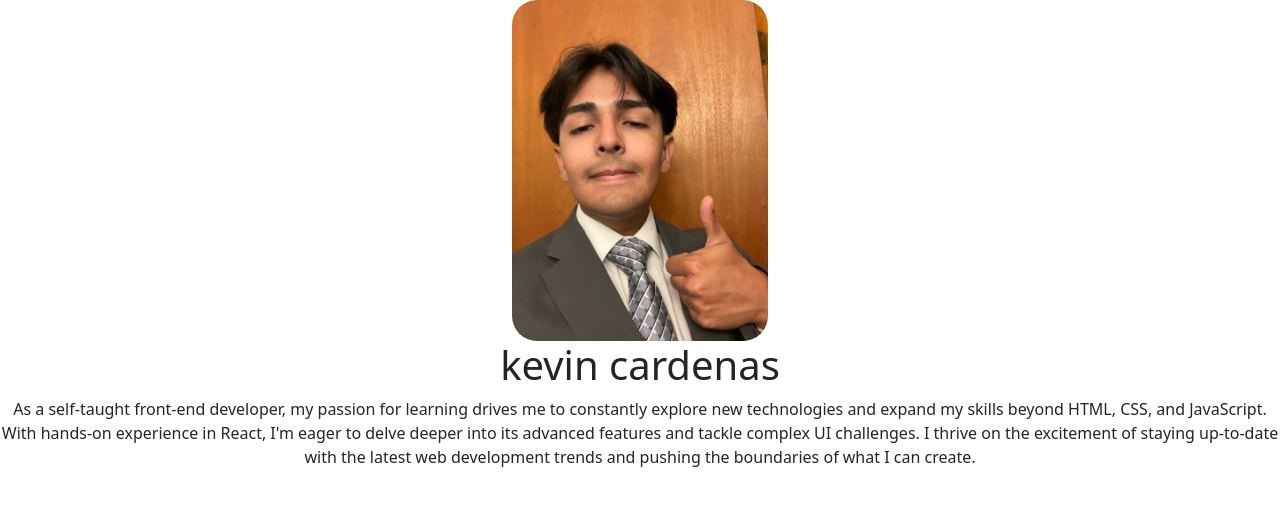
Repository: elqueben/elqueben.github.io
Page: public/index.html
The author's editor kept a copy of each file at every save. The page is drawn from the files as they stood at one save, then again after the next save.
The browser window is 1280 px wide. The pictures show the whole page.

Above is the page before, as saved 2023-06-20 11:44:53.

### public/index.html
<!DOCTYPE html>
<html lang="en">
<head>
  <meta charset="UTF-8">
  <meta name="viewport" content="width=device-width, initial-scale=1.0">
  <link rel="stylesheet" href="https://cdn.jsdelivr.net/npm/bootstrap@5.2.3/dist/css/bootstrap.min.css" integrity="sha384-rbsA2VBKQhggwzxH7pPCaAqO46MgnOM80zW1RWuH61DGLwZJEdK2Kadq2F9CUG65" crossorigin="anonymous">
  <link rel="stylesheet" href="styles.css">
  <title>Kevin Cardenas</title>
</head>
<body>
  <div>
    <img id="pfp" src="me.jpg" />
  </div>
  <h1 class="text-center">kevin cardenas</h1>
  <p class="text-center">As a self-taught front-end developer, my passion for learning drives me to constantly explore new technologies and expand my skills beyond HTML, CSS, and JavaScript. With hands-on experience in React, I'm eager to delve deeper into its advanced features and tackle complex UI challenges. I thrive on the excitement of staying up-to-date with the latest web development trends and pushing the boundaries of what I can create.</p>
</body>
</html>

### public/styles.css
#pfp {
    width: 20%;
    display: block;
    margin: 0 auto;
    border-radius: 25px;
  }

After the next save:
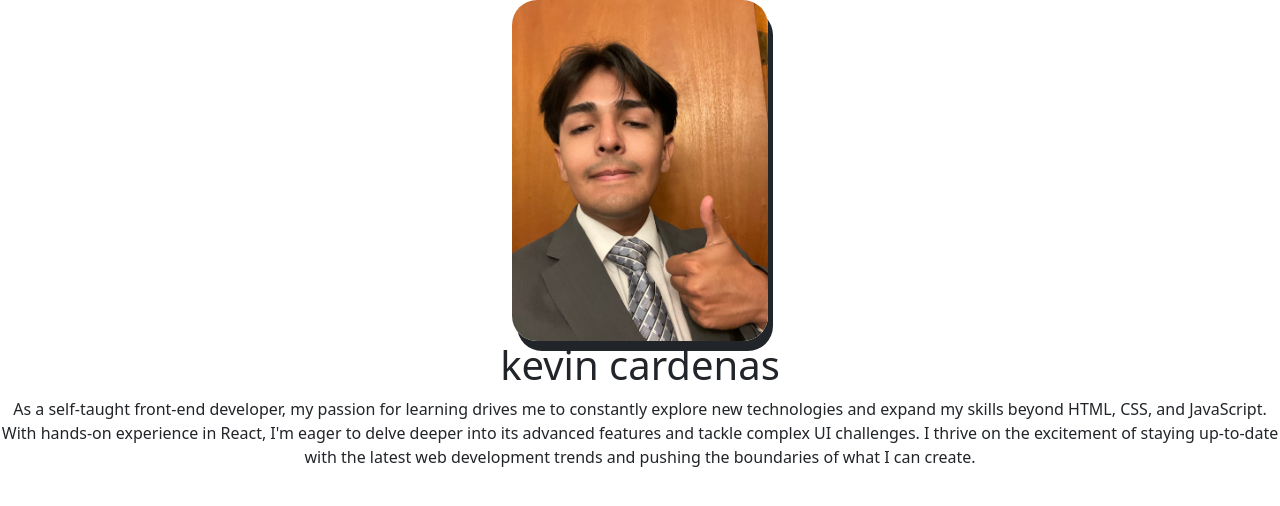
Saved 96 s later.
--- a/public/styles.css
+++ b/public/styles.css
@@ -3,4 +3,5 @@
     display: block;
     margin: 0 auto;
     border-radius: 25px;
+    box-shadow: 5px 10px;
   }

After the save that followed:
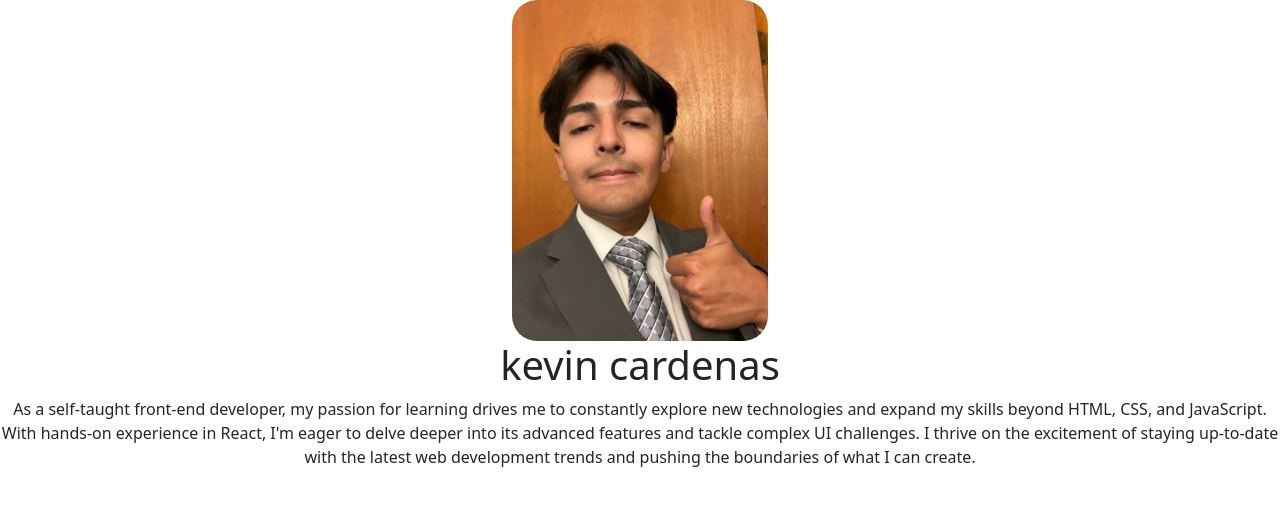
Saved 10 s later.
--- a/public/styles.css
+++ b/public/styles.css
@@ -3,5 +3,5 @@
     display: block;
     margin: 0 auto;
     border-radius: 25px;
-    box-shadow: 5px 10px;
+    box-shadow: 5px;
   }
